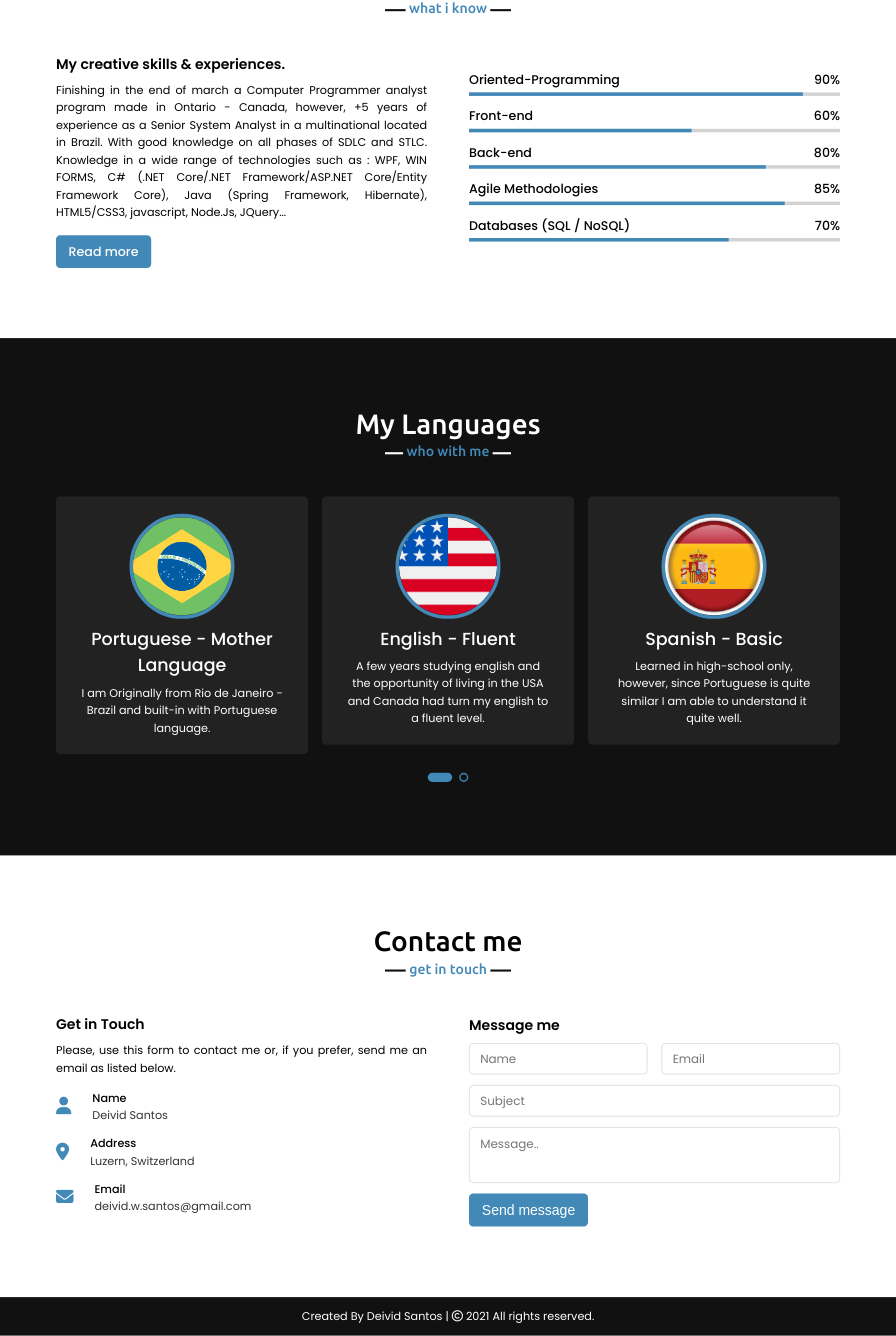
Repository: deividwsantoss/portfolio
Page: index.html
An editor plug-in stored every save of this project. The page is shown before and after the next save, followed by the edit.
The browser window is 1280 px wide. The pictures show the part of the page from y = 2250 to 4170 px (the page is 4158 px tall before and 4170 px after), at 70% of full size.
Some web libraries are served in a nearby version.

Above is the page before, as saved 2021-03-02 10:45:32.

After the next save:
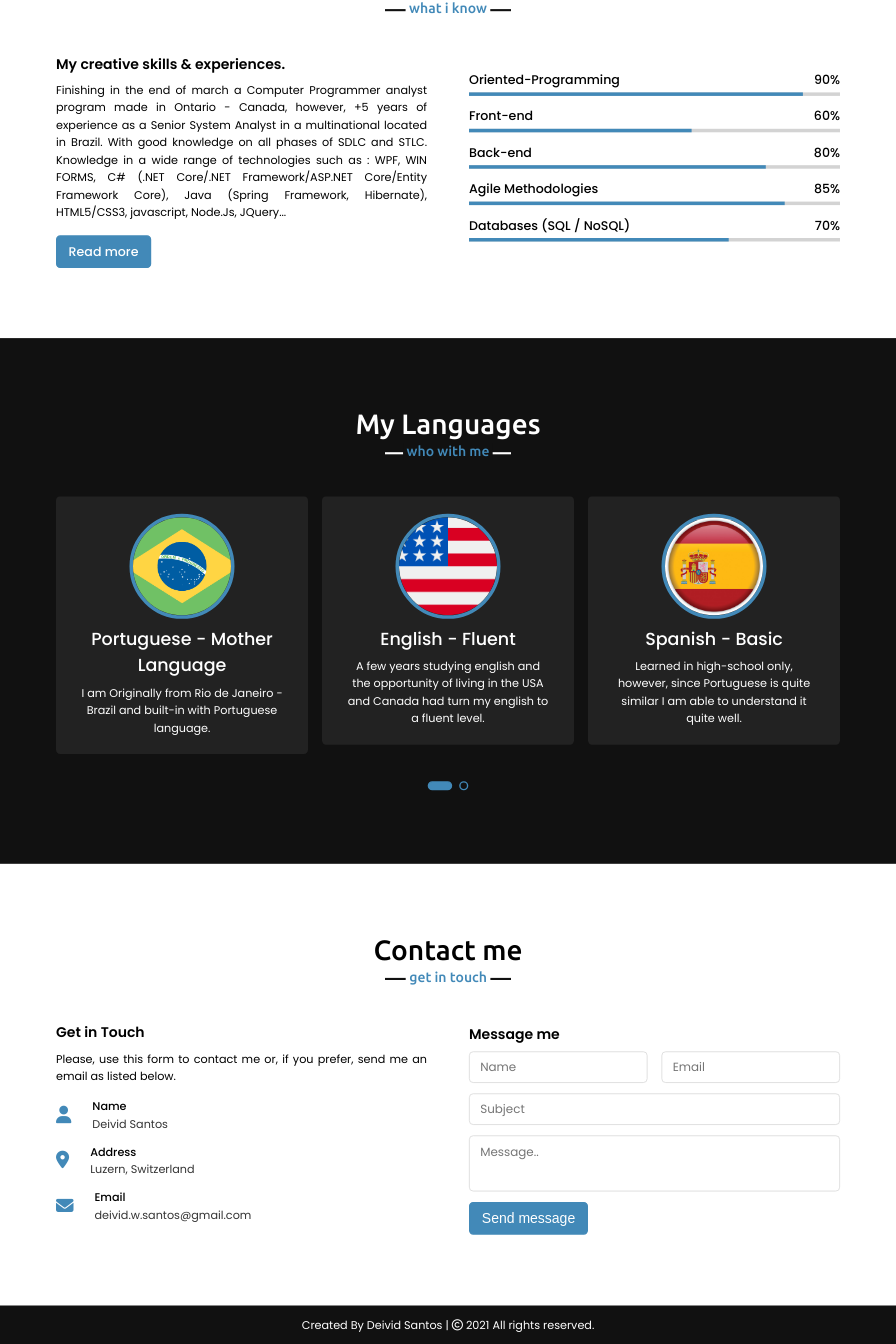
Saved 10 min 54 s later.
--- a/index.html
+++ b/index.html
@@ -174,7 +174,7 @@
                 <div class="box">
                     <img src="images/switzerland.jpg" alt="">
                     <div class="text">Swiss-German</div>
-                    <p>Since I am currently living in Luzern-Switzerland and married to a Swiss woman, I am able to hear a lot more of language. </p>
+                    <p>Since I am currently living in Luzern-Switzerland and married to a Swiss woman, I am able to hear a lot more of language and try it out sometimes. </p>
                 </div>
             </div>
         </div>
